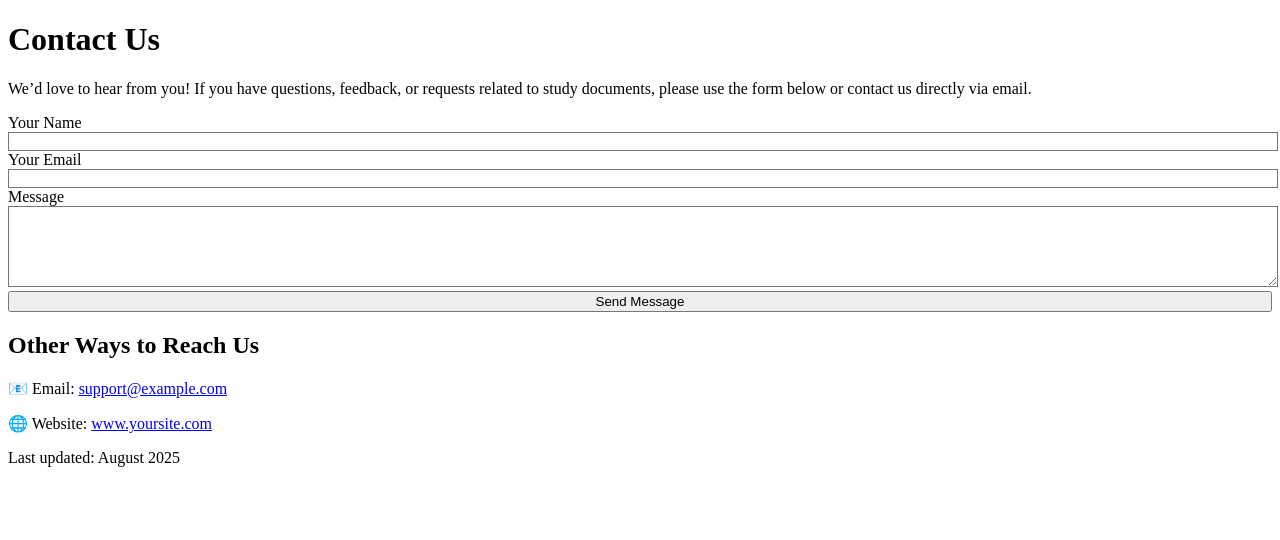
Repository: saroeuntola/we-share
Page: http://localhost/contact?lang=en
An editor plug-in stored every save of this project. The page is shown before and after a run of saves, followed by the edit.
The browser window is 1280 px wide. The pictures show the whole page.
The page is run by PHP 8.4 with error messages shown; the project is at /var/www/html/. Style sheets and scripts are compiled from the project's sources, by tool versions that may differ from the author's.

Above is the page before, as saved 2025-08-29 14:23:27.

After the next 3 saves:
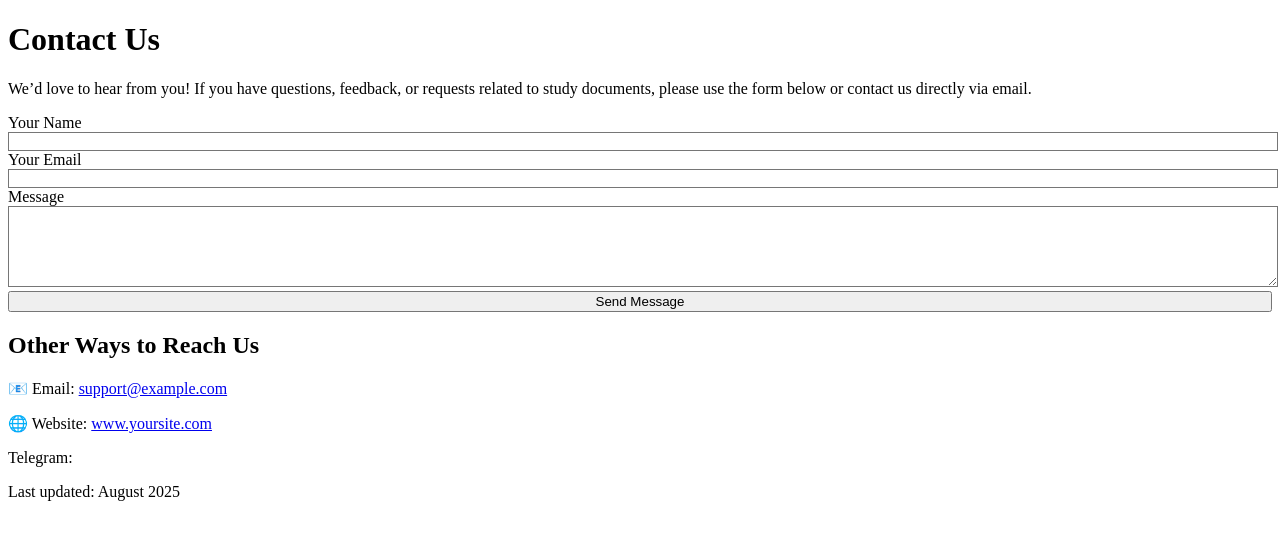
The 3 saves are shown as one change because they came seconds apart.
The last was saved 10 s later.
--- a/contact.php
+++ b/contact.php
@@ -61,7 +61,7 @@
             <h2 class="text-xl font-semibold mb-2">Other Ways to Reach Us</h2>
             <p class="mb-2">📧 Email: <a href="mailto:support@example.com" class="text-green-600 hover:underline">support@example.com</a></p>
             <p>🌐 Website: <a href="https://www.yoursite.com" class="text-green-600 hover:underline">www.yoursite.com</a></p>
-            <p></p>
+            <p>Telegram: </p>
         </div>
 
         <p class="text-sm text-gray-500 mt-10">Last updated: August 2025</p>
